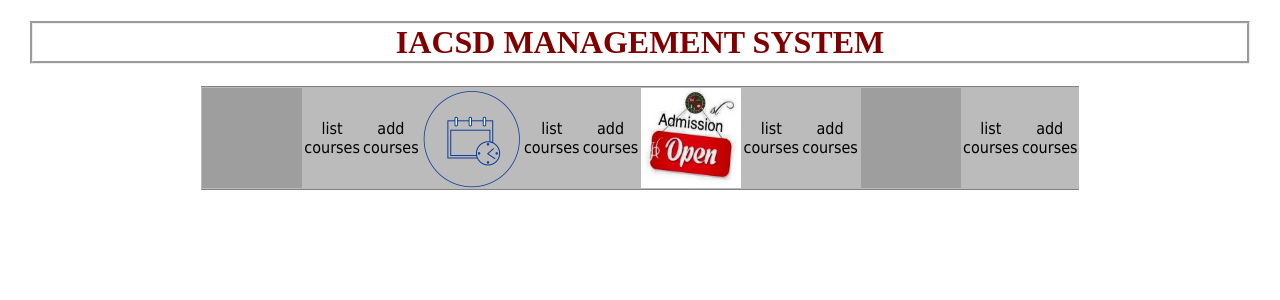
Repository: vsc8791/IMS
Page: http://localhost/web-customer-tracker/
The author's editor kept a copy of each file at every save. The page is drawn from the files as they stood at one save, then again after the next save.
The browser window is 1280 px wide. The pictures show the whole page.
Pictures or frames that could not be fetched are drawn as grey boxes. The page is served by Tomcat 9.

Above is the page before, as saved 2018-07-29 08:37:19.

After the next save:
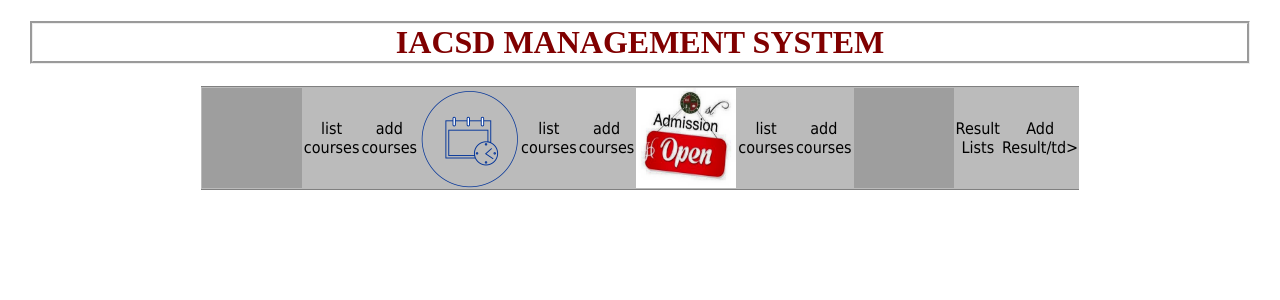
Saved 30 s later.
--- a/web-customer-tracker/WebContent/index.jsp
+++ b/web-customer-tracker/WebContent/index.jsp
@@ -48,8 +48,8 @@
 			<td>add courses</td>
 			<td><img
 				src="${pageContext.request.contextPath}/images/result.png" height="100px" width="100px"/></td>
-			<td>list courses</td>
-			<td>add courses</td>
+			<td>Result Lists</td>
+			<td>Add Result/td>
 
 	</table>
 
